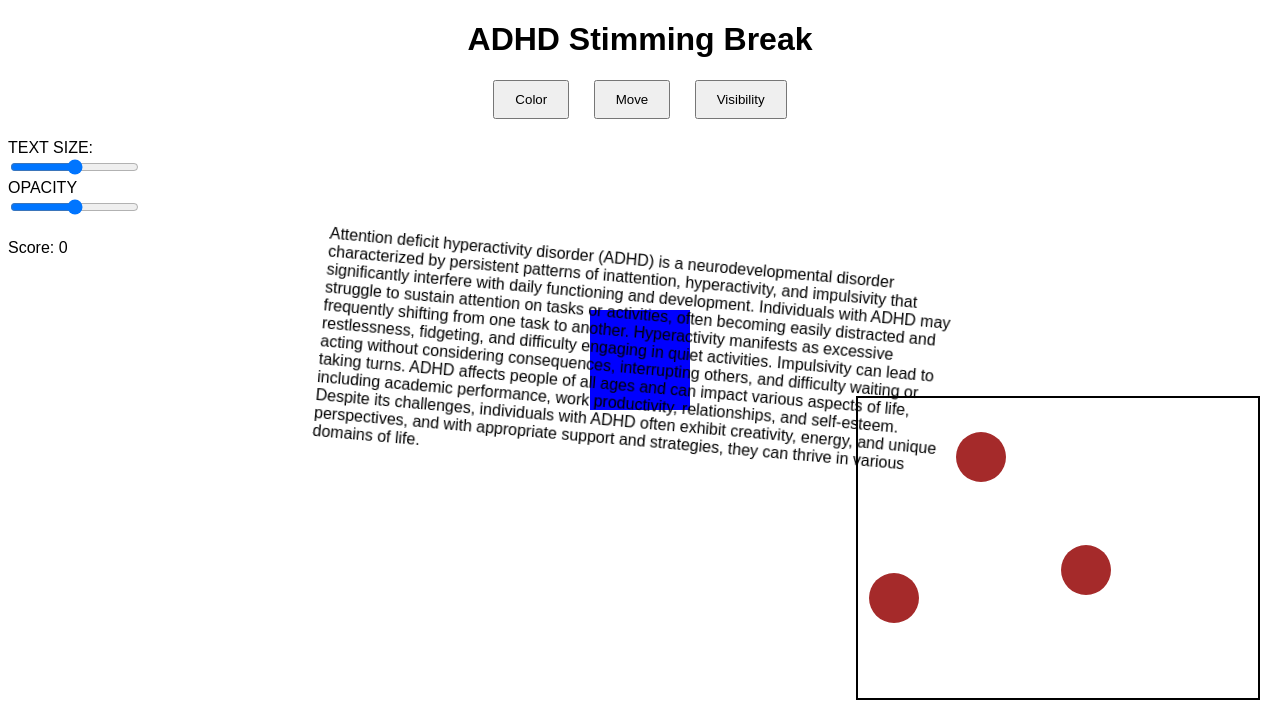
Repository: anderscederberg11/unhandledRuntimeError.json
Page: Henver/henver3.html
The author's editor kept a copy of each file at every save. The page is drawn from the files as they stood at one save, then again after the next save.
The browser window is 1280 px wide. The pictures show the whole page.

Above is the page before, as saved 2024-05-24 20:27:01.

After the next save:
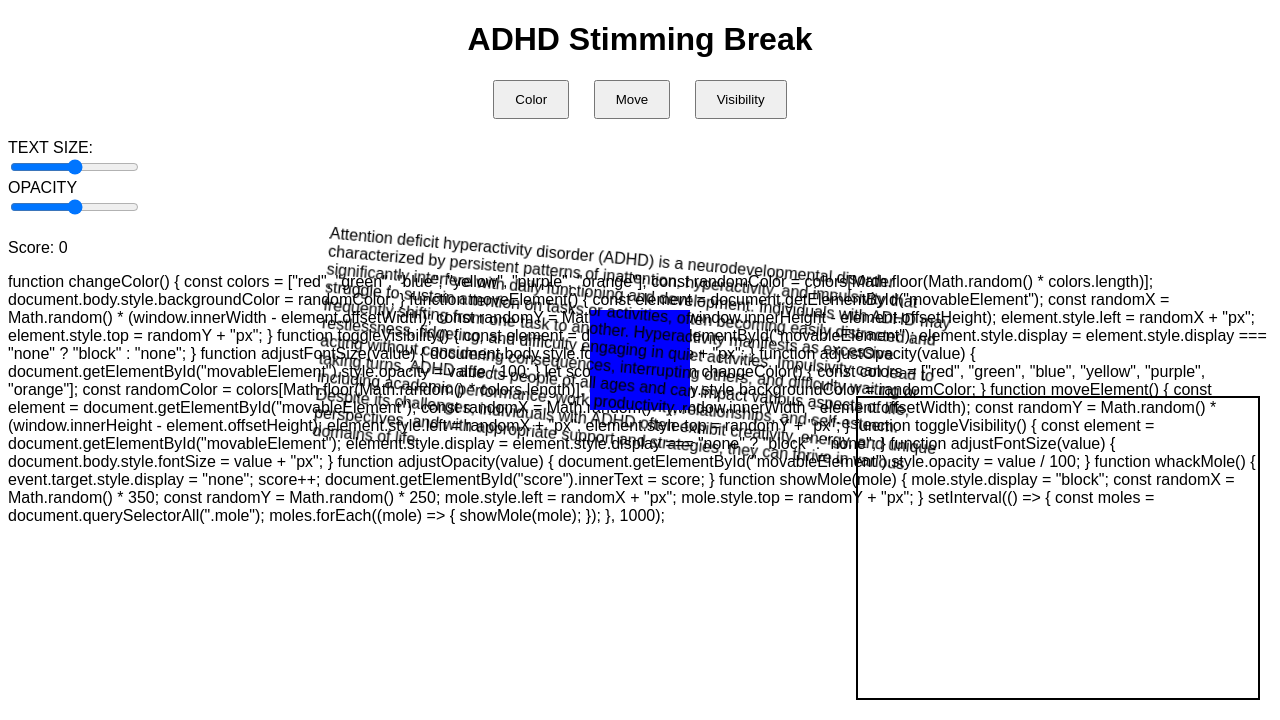
Saved 2 min 23 s later.
--- a/Henver/henver3.html
+++ b/Henver/henver3.html
@@ -35,6 +35,8 @@
       </div>
 
       <p>Score: <span id="score">0</span></p>
+
+      <link a href="/index.html"
 
 <script>
     function changeColor() {

After the save that followed:
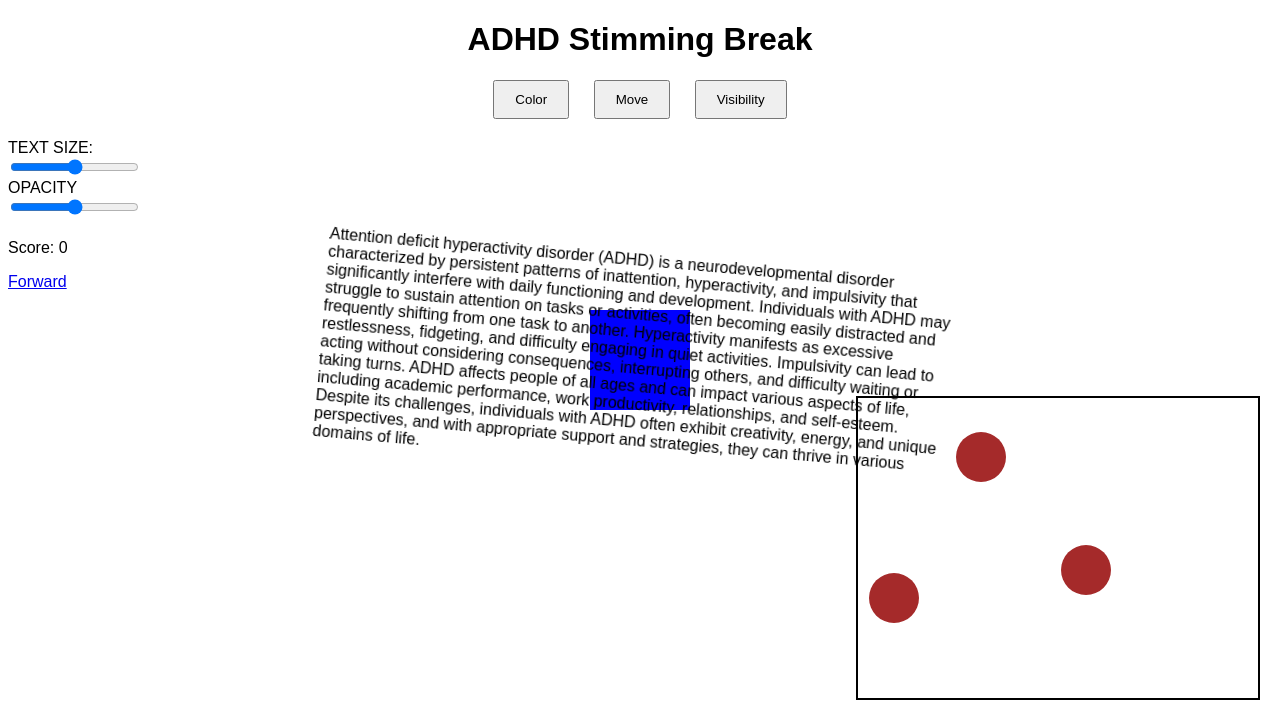
Saved 61 s later.
--- a/Henver/henver3.html
+++ b/Henver/henver3.html
@@ -36,7 +36,7 @@
 
       <p>Score: <span id="score">0</span></p>
 
-      <link a href="/index.html"
+      <a href="index.html">Forward</a>
 
 <script>
     function changeColor() {
